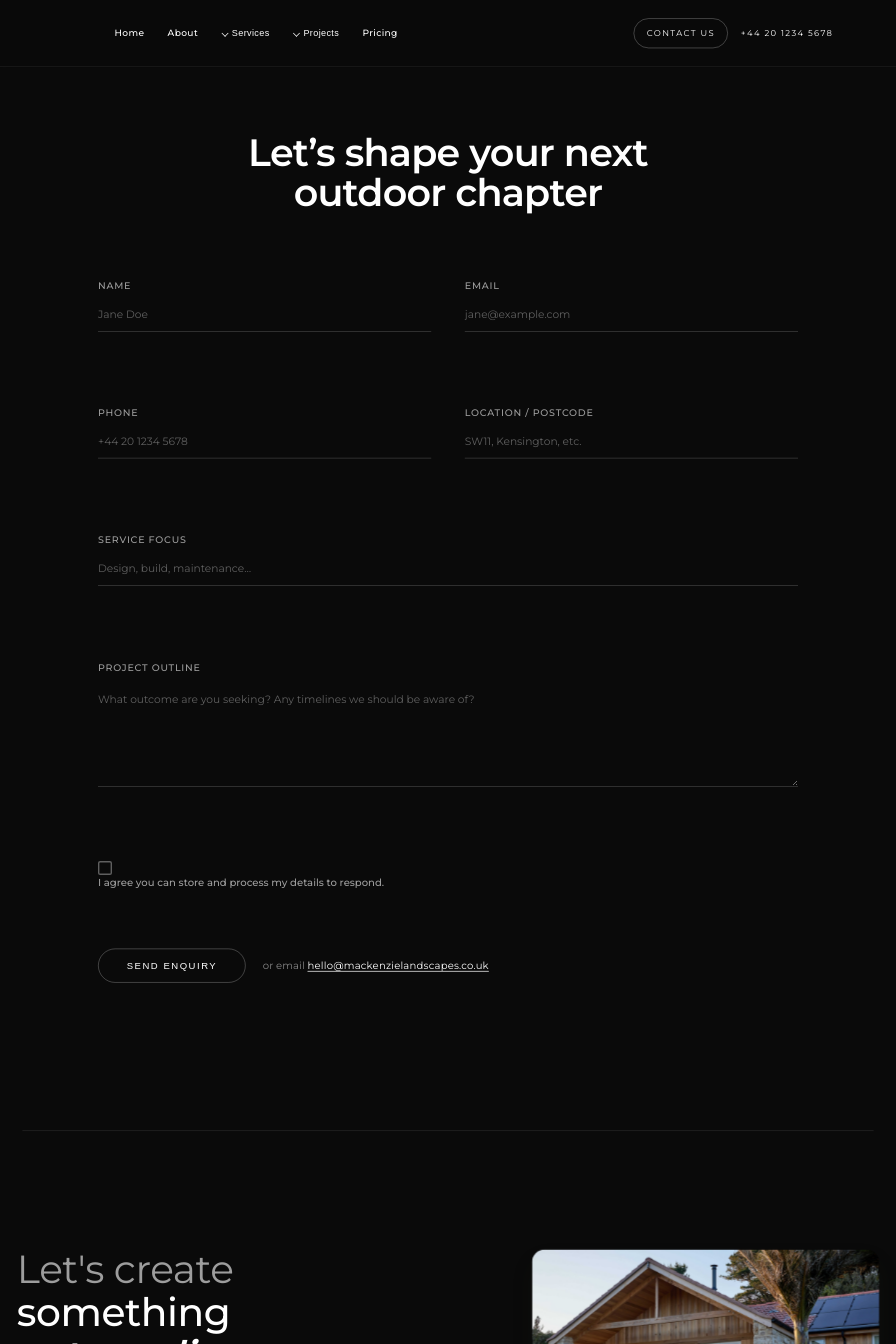
Repository: JoelMann1/MackenzieLandscapes
Page: contact.html
An editor plug-in stored every save of this project. The page is shown before and after the next save, followed by the edit.
The browser window is 1280 px wide. The pictures show the part of the page from y = 0 to 1920 px (the page is 2572 px tall), at 70% of full size.

Above is the page before, as saved 2025-10-22 17:28:39.

### contact.html
<!doctype html>
<html lang="en-GB">
<head>
  <meta charset="utf-8" />
  <meta name="viewport" content="width=device-width, initial-scale=1" />
  <title>Contact &mdash; Mackenzie Landscapes</title>
  <meta name="description" content="Send us a message for a quote. Simple form with name, email, and message.">
  <meta name="theme-color" content="#1B8A64">
  <link rel="canonical" href="https://mackenzielandscapes.uk/contact.html">
  <link rel="icon" href="assets/img/favicon.svg" type="image/svg+xml">
  <link rel="stylesheet" href="assets/css/styles.css">
  <meta property="og:title" content="Contact &mdash; Mackenzie Landscapes">
  <meta property="og:description" content="Tell us about your outdoor space and we will respond within one business day.">
  <meta property="og:type" content="website">
  <meta property="og:url" content="https://mackenzielandscapes.uk/contact.html">
  <meta property="og:image" content="https://mackenzielandscapes.uk/assets/img/IMG-4079-768x1024.jpg">
  <meta property="og:locale" content="en_GB">
</head>
<body class="page--dark">
<a class="skip-link" href="#content">Skip to content</a>
<header class="site-header site-header--light" data-header>
  <div class="nav-inner">
    <a class="logo" href="index.html" aria-label="Mackenzie Landscapes home">
      <svg aria-hidden="true" viewBox="0 0 64 64"><use href="assets/img/favicon.svg#leaf"/></svg>
      <span class="visually-hidden">Mackenzie Landscapes</span>
    </a>
    <nav class="primary-nav" aria-label="Primary">
      <ul class="menu" role="menubar">
        <li class="menu-item"><a role="menuitem" href="index.html">Home</a></li>
        <li class="menu-item"><a role="menuitem" href="about.html">About</a></li>
        <li class="menu-item has-panel" data-menu="services">
          <button class="menu-trigger" type="button" aria-expanded="false" aria-controls="panel-services" role="menuitem">
            Services
          </button>
          <div id="panel-services" class="menu-panel" role="menu" hidden>
            <div class="panel-col" role="none">
              <span class="panel-heading">Design &amp; Planning</span>
              <a role="menuitem" href="concept-and-design.html">Concept &amp; Design</a>
              <a role="menuitem" href="softscaping.html">Softscaping</a>
            </div>
            <div class="panel-col" role="none">
              <span class="panel-heading">Build &amp; Care</span>
              <a role="menuitem" href="hardscaping.html">Hardscaping</a>
              <a role="menuitem" href="tree-care.html">Tree Care</a>
              <a role="menuitem" href="commercial.html">Commercial</a>
              <a role="menuitem" href="maintenance.html">Maintenance</a>
            </div>
          </div>
        </li>
        <li class="menu-item has-panel" data-menu="projects">
          <button class="menu-trigger" type="button" aria-expanded="false" aria-controls="panel-projects" role="menuitem">
            Projects
          </button>
          <div id="panel-projects" class="menu-panel" role="menu" hidden>
            <div class="panel-col" role="none">
              <span class="panel-heading">Featured</span>
              <a role="menuitem" href="gallery.html">Gallery Overview</a>
              <a role="menuitem" href="gallery.html#lighting">Lighting &amp; ambience</a>
            </div>
            <div class="panel-col" role="none">
              <span class="panel-heading">Details</span>
              <a role="menuitem" href="gallery.html#hardscape">Hardscape detailing</a>
              <a role="menuitem" href="gallery.html#planting">Planting inspiration</a>
            </div>
          </div>
        </li>
        <li class="menu-item"><a role="menuitem" href="pricing.html">Pricing</a></li>
      </ul>
    </nav>
    <div class="nav-cta">
      <a class="cta" href="contact.html">Contact Us</a>
      <a class="phone" href="tel:+442012345678">+44 20 1234 5678</a>
    </div>
    <button class="mobile-menu-toggle" type="button" aria-label="Toggle mobile menu" aria-expanded="false" aria-controls="mobile-menu">
      <span class="hamburger-line"></span>
      <span class="hamburger-line"></span>
      <span class="hamburger-line"></span>
    </button>
  </div>
</header>

<!-- Mobile Menu Overlay -->
<div class="mobile-menu" id="mobile-menu" aria-hidden="true">
  <div class="mobile-menu__inner">
    <nav class="mobile-nav" aria-label="Mobile navigation">
      <ul class="mobile-menu__list">
        <li class="mobile-menu__item">
          <a href="index.html" class="mobile-menu__link">Home</a>
        </li>
        <li class="mobile-menu__item">
          <a href="about.html" class="mobile-menu__link">About</a>
        </li>
        <li class="mobile-menu__item mobile-menu__item--has-submenu">
          <button class="mobile-menu__link mobile-submenu-toggle" type="button" aria-expanded="false">
            Services
            <svg class="submenu-arrow" width="12" height="12" viewBox="0 0 12 12" fill="none">
              <path d="M2 4L6 8L10 4" stroke="currentColor" stroke-width="2" stroke-linecap="round"/>
            </svg>
          </button>
          <ul class="mobile-submenu">
            <li><a href="concept-and-design.html">Concept &amp; Design</a></li>
            <li><a href="softscaping.html">Softscaping</a></li>
            <li><a href="hardscaping.html">Hardscaping</a></li>
            <li><a href="tree-care.html">Tree Care</a></li>
            <li><a href="commercial.html">Commercial</a></li>
            <li><a href="maintenance.html">Maintenance</a></li>
          </ul>
        </li>
        <li class="mobile-menu__item mobile-menu__item--has-submenu">
          <button class="mobile-menu__link mobile-submenu-toggle" type="button" aria-expanded="false">
            Projects
            <svg class="submenu-arrow" width="12" height="12" viewBox="0 0 12 12" fill="none">
              <path d="M2 4L6 8L10 4" stroke="currentColor" stroke-width="2" stroke-linecap="round"/>
            </svg>
          </button>
          <ul class="mobile-submenu">
            <li><a href="gallery.html">Gallery Overview</a></li>
            <li><a href="gallery.html#residential">Residential Gardens</a></li>
            <li><a href="gallery.html#lighting">Lighting Schemes</a></li>
            <li><a href="gallery.html#hardscape">Hardscape Detailing</a></li>
          </ul>
        </li>
        <li class="mobile-menu__item">
          <a href="pricing.html" class="mobile-menu__link">Pricing</a>
        </li>
      </ul>
      <div class="mobile-menu__cta">
        <a class="mobile-cta-btn" href="contact.html">Contact Us</a>
        <a class="mobile-phone" href="tel:+442012345678">+44 20 1234 5678</a>
      </div>
    </nav>
  </div>
</div>
<main id="content">

<section class="page-hero page-hero--contact page-hero--dark">
  <div class="container narrow">
    <h1 class="section-title section-title--display">Let&rsquo;s shape your next outdoor chapter</h1>
  </div>
</section><div id="header-sentinel" aria-hidden="true"></div>

<section class="section section--contact">
  <div class="container contact">
    <form id="contact-form" class="contact-form" action="https://formspree.io/f/YOUR_FORM_ID" method="POST" novalidate>
      <div class="field">
        <label for="name">Name</label>
        <input id="name" name="name" type="text" required placeholder="Jane Doe" autocomplete="name">
        <small class="error" data-for="name"></small>
      </div>
      <div class="field">
        <label for="email">Email</label>
        <input id="email" name="email" type="email" required placeholder="jane@example.com" autocomplete="email">
        <small class="error" data-for="email"></small>
      </div>
      <div class="field">
        <label for="phone">Phone</label>
        <input id="phone" name="phone" type="tel" required placeholder="+44 20 1234 5678" autocomplete="tel">
        <small class="error" data-for="phone"></small>
      </div>
      <div class="field">
        <label for="location">Location / Postcode</label>
        <input id="location" name="location" type="text" required placeholder="SW11, Kensington, etc." autocomplete="postal-code">
        <small class="error" data-for="location"></small>
      </div>
      <div class="field field--full">
        <label for="services">Service focus</label>
        <input id="services" name="services" type="text" required placeholder="Design, build, maintenance&hellip;">
        <small class="error" data-for="services"></small>
      </div>
      <div class="field field--full">
        <label for="message">Project outline</label>
        <textarea id="message" name="message" rows="6" required placeholder="What outcome are you seeking? Any timelines we should be aware of?"></textarea>
        <small class="error" data-for="message"></small>
      </div>
      <div class="field field--checkbox field--full">
        <label class="checkbox-label">
          <input type="checkbox" name="consent" required class="checkbox-input">
          <span class="checkbox-custom"></span>
          <span class="checkbox-text">I agree you can store and process my details to respond.</span>
        </label>
        <small class="error" data-for="consent"></small>
      </div>
      <input type="hidden" name="_subject" value="New enquiry from Mackenzie Landscapes site">
      <div class="contact-form__actions">
        <button class="btn btn--outline-light" type="submit">Send enquiry</button>
        <span class="contact-form__alt">or email <a href="mailto:hello@mackenzielandscapes.co.uk">hello@mackenzielandscapes.co.uk</a></span>
      </div>
      <p class="form-status" role="status" aria-live="polite"></p>
    </form>
  </div>
</section>

</main>
<footer class="site-footer">
  <div class="container">
    <div class="footer-hero footer-hero--with-image">
      <div class="footer-hero__content">
        <h2 class="footer-hero__title">
          <span class="footer-hero__line" data-footer-line>Let's create</span>
          <span class="footer-hero__line footer-hero__line--large" data-footer-line>something</span>
          <span class="footer-hero__line footer-hero__line--accent" data-footer-line>extraordinary</span>
        </h2>
        <div class="footer-hero__cta" data-footer-fade>
          <a href="contact.html" class="footer-cta-btn">Start a project</a>
        </div>
      </div>
      <div class="footer-hero__image" data-footer-fade>
        <img src="assets/img/Racket-Town-Cottage-Tresco-42.jpg" alt="Mackenzie Landscapes project">
      </div>
    </div>

    <div class="footer-content">
      <div class="footer-main">
        <div class="footer-brand" data-footer-fade>
          <h3>Mackenzie<br>Landscapes</h3>
          <p>Modern landscaping &amp; garden design for Central &amp; South West London.</p>
        </div>

        <nav class="footer-nav" aria-label="Footer navigation" data-footer-fade>
          <div class="footer-nav__col">
            <h4>Explore</h4>
            <ul>
              <li><a href="about.html">About</a></li>
              <li><a href="gallery.html">Gallery</a></li>
              <li><a href="concept-and-design.html">Design</a></li>
              <li><a href="maintenance.html">Maintenance</a></li>
            </ul>
          </div>
          <div class="footer-nav__col">
            <h4>Connect</h4>
            <ul>
              <li><a href="contact.html">Contact</a></li>
              <li><a href="pricing.html">Pricing</a></li>
              <li><a href="tel:+442012345678">+44 20 1234 5678</a></li>
              <li><a href="mailto:hello@mackenzielandscapes.co.uk">Get in touch</a></li>
            </ul>
          </div>
        </nav>
      </div>

      <div class="footer-bottom" data-footer-fade>
        <div class="footer-meta">
          <p>&copy; <span id="year"></span> Mackenzie Landscapes</p>
          <p>Mon&ndash;Fri 09:00&ndash;17:00</p>
        </div>
        <div class="footer-legal">
          <a href="#">Privacy</a>
          <a href="#">Terms</a>
        </div>
      </div>
    </div>
  </div>
</footer>
<script src="assets/js/main.js"></script>
</body>
</html>

Loaded but not shown: assets/js/main.js (486 lines, source omitted); assets/css/styles.css (3261 lines, source omitted)

After the next save:
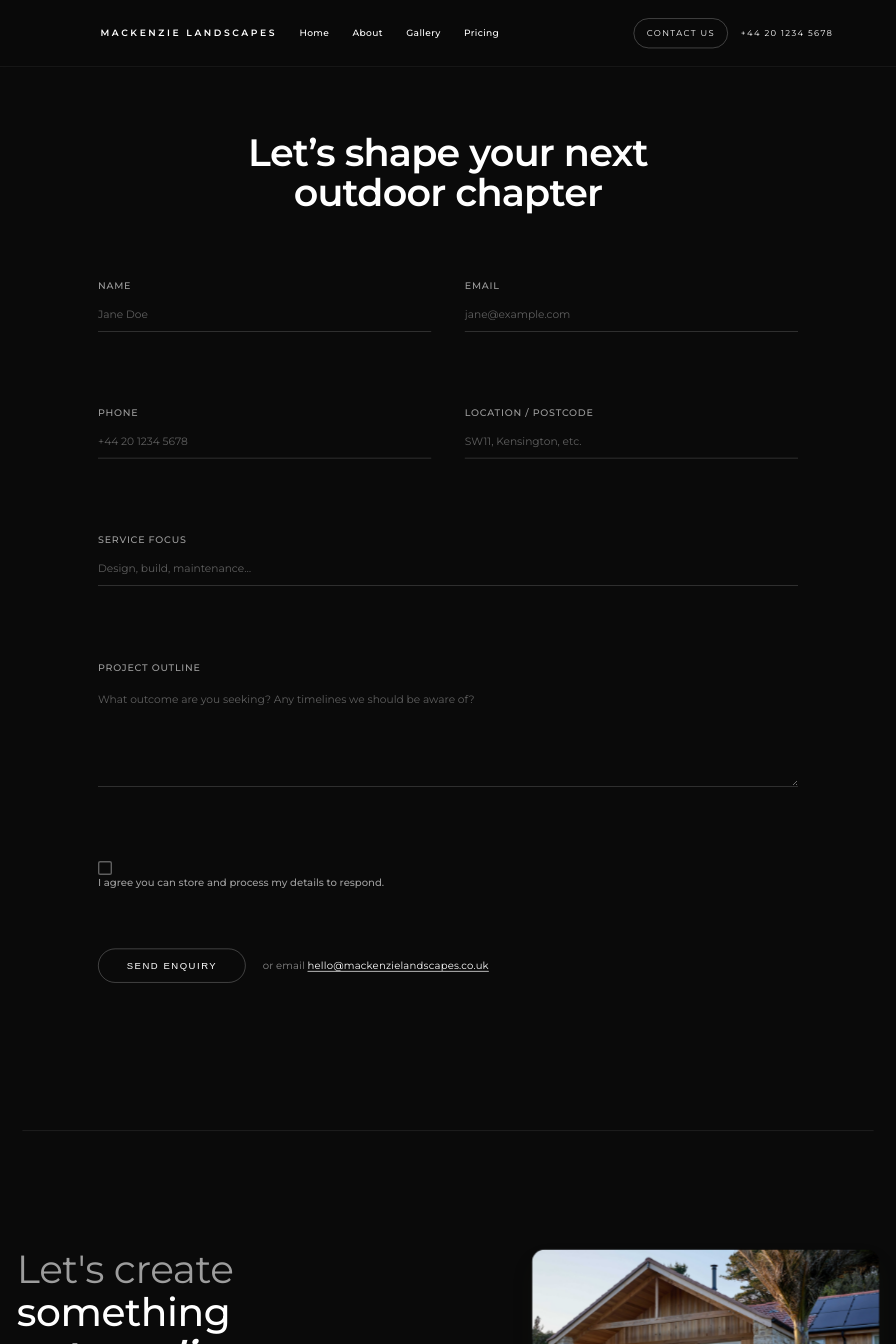
Saved 32 s later.
--- a/contact.html
+++ b/contact.html
@@ -22,48 +22,13 @@
   <div class="nav-inner">
     <a class="logo" href="index.html" aria-label="Mackenzie Landscapes home">
       <svg aria-hidden="true" viewBox="0 0 64 64"><use href="assets/img/favicon.svg#leaf"/></svg>
-      <span class="visually-hidden">Mackenzie Landscapes</span>
+      <span>Mackenzie Landscapes</span>
     </a>
     <nav class="primary-nav" aria-label="Primary">
       <ul class="menu" role="menubar">
         <li class="menu-item"><a role="menuitem" href="index.html">Home</a></li>
         <li class="menu-item"><a role="menuitem" href="about.html">About</a></li>
-        <li class="menu-item has-panel" data-menu="services">
-          <button class="menu-trigger" type="button" aria-expanded="false" aria-controls="panel-services" role="menuitem">
-            Services
-          </button>
-          <div id="panel-services" class="menu-panel" role="menu" hidden>
-            <div class="panel-col" role="none">
-              <span class="panel-heading">Design &amp; Planning</span>
-              <a role="menuitem" href="concept-and-design.html">Concept &amp; Design</a>
-              <a role="menuitem" href="softscaping.html">Softscaping</a>
-            </div>
-            <div class="panel-col" role="none">
-              <span class="panel-heading">Build &amp; Care</span>
-              <a role="menuitem" href="hardscaping.html">Hardscaping</a>
-              <a role="menuitem" href="tree-care.html">Tree Care</a>
-              <a role="menuitem" href="commercial.html">Commercial</a>
-              <a role="menuitem" href="maintenance.html">Maintenance</a>
-            </div>
-          </div>
-        </li>
-        <li class="menu-item has-panel" data-menu="projects">
-          <button class="menu-trigger" type="button" aria-expanded="false" aria-controls="panel-projects" role="menuitem">
-            Projects
-          </button>
-          <div id="panel-projects" class="menu-panel" role="menu" hidden>
-            <div class="panel-col" role="none">
-              <span class="panel-heading">Featured</span>
-              <a role="menuitem" href="gallery.html">Gallery Overview</a>
-              <a role="menuitem" href="gallery.html#lighting">Lighting &amp; ambience</a>
-            </div>
-            <div class="panel-col" role="none">
-              <span class="panel-heading">Details</span>
-              <a role="menuitem" href="gallery.html#hardscape">Hardscape detailing</a>
-              <a role="menuitem" href="gallery.html#planting">Planting inspiration</a>
-            </div>
-          </div>
-        </li>
+        <li class="menu-item"><a role="menuitem" href="gallery.html">Gallery</a></li>
         <li class="menu-item"><a role="menuitem" href="pricing.html">Pricing</a></li>
       </ul>
     </nav>
